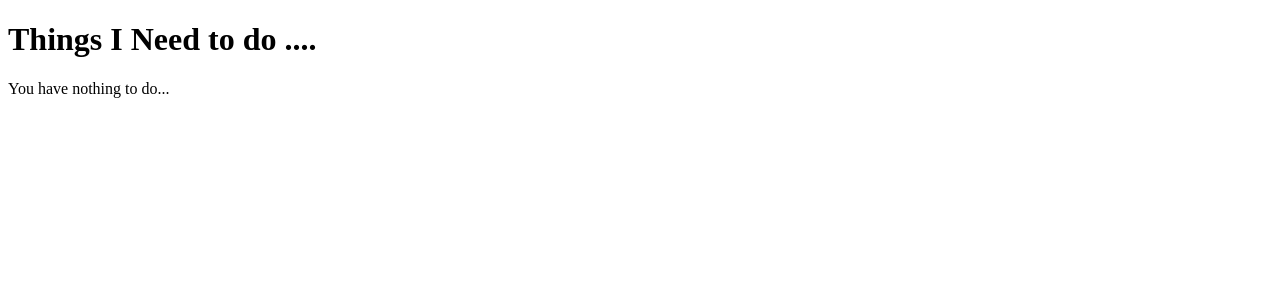
Repository: Robertpokane/roberts-todo-for-ci
Page: http://localhost/
The author's editor kept a record of every edit. The page is drawn from the files as they stood at one moment, then again after the next edit.
The browser window is 1280 px wide. The pictures show the whole page.
The page is served by the project's application, run on Django 2.2 (manage.py). Queries for data that is not in the repository find no rows.

Above is the page before.

After the next edit:
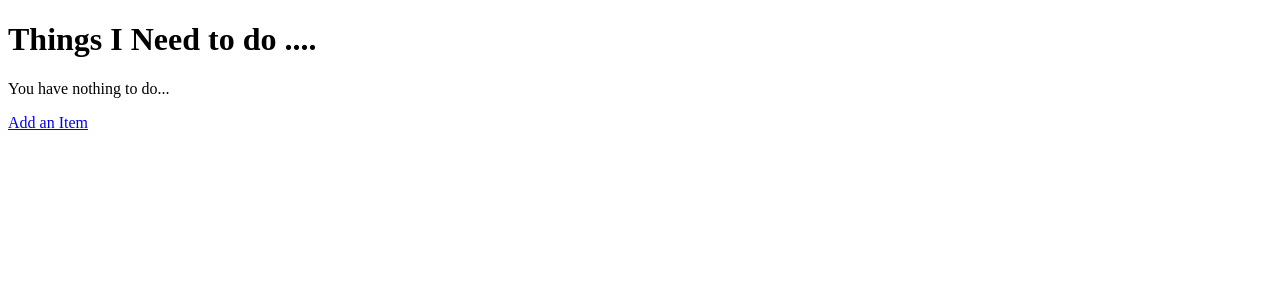
The edit:
--- a/todo/templates/todo_list.html
+++ b/todo/templates/todo_list.html
@@ -24,5 +24,7 @@
 
 
     </table>
+
+    <a href="add">Add an Item</a>
 </body>
 </html>
